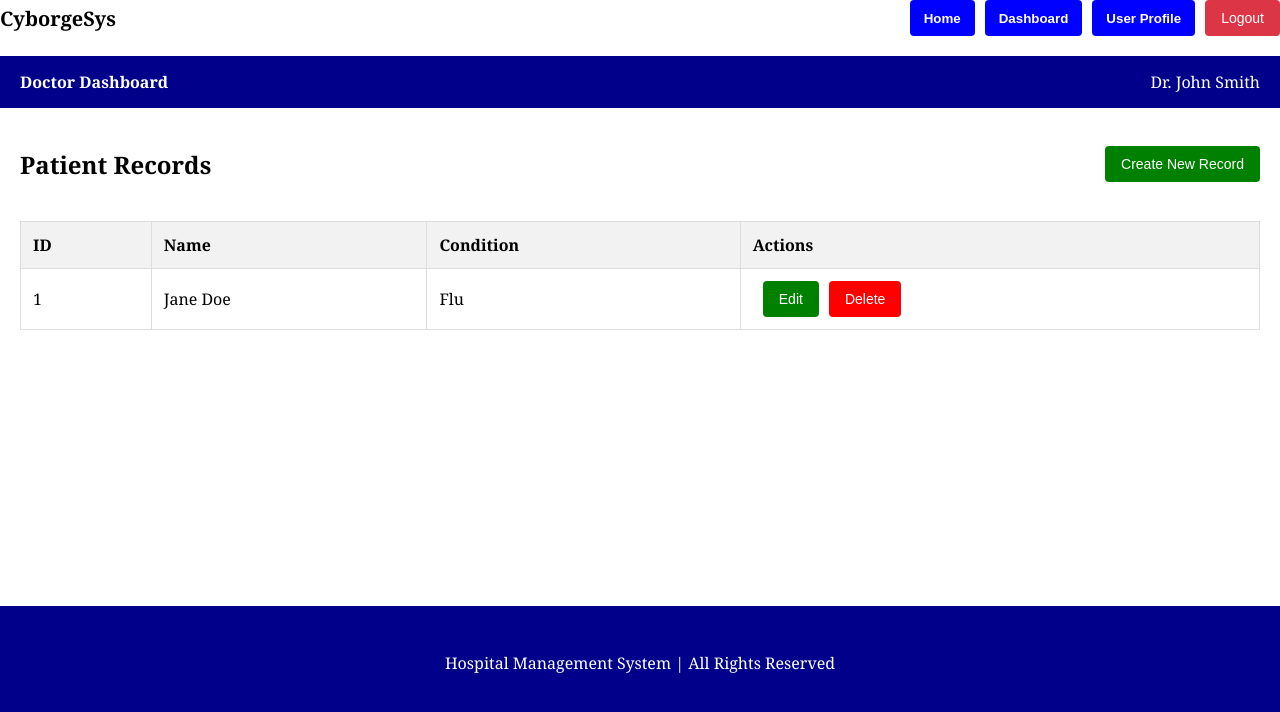
Repository: BinuriJ/HospitalSystem
Page: http://localhost/CyborgSys/DoctorDashboard.jsp
These files come from the project's save history. The page is drawn as it stood at one moment and after the next save; the edit follows.
The browser window is 1280 px wide. The pictures show the whole page.
The page is served by Tomcat 9.

Above is the page before, as saved 2025-05-09 17:53:01.

### CyborgSys/WebContent/DoctorDashboard.jsp
<%@ page language="java" contentType="text/html; charset=UTF-8" pageEncoding="UTF-8"%>
<%@ include file="DocterDashboardstyles.jsp" %>
<!DOCTYPE html>
<html>
<head>
    <meta charset="UTF-8">
    <title>Doctor Dashboard</title>
    <style>
    	<jsp:include page="footerCss.jsp" />
    </style>
</head>
<body>

<jsp:include page="header.jsp" />

<div class="top-bar">
    <div><strong>Doctor Dashboard</strong></div>
    <div>
        <span>Dr. John Smith</span>
    </div>
</div>



<div class="container">
    <div class="header">
        <h2>Patient Records</h2>
        <button class="btn btn-create">Create New Record</button>
    </div>

    <table>
        <thead>
            <tr>
                <th>ID</th>
                <th>Name</th>
                <th>Condition</th>
                <th>Actions</th>
            </tr>
        </thead>
        <tbody>
            <tr>
                <td>1</td>
                <td>Jane Doe</td>
                <td>Flu</td>
                <td>
                    <div class="actions">
                    	<br>
                        <button class="btn btn-edit">Edit</button>
                        <button class="btn btn-delete">Delete</button>
                    </div>
                </td>
            </tr>
        </tbody>
    </table>
</div>

 <!-- Include the footer -->
        <jsp:include page="footer.jsp" />

</body>
</html>

### CyborgSys/WebContent/DocterDashboardstyles.jsp
<style>
body {
    font-family: Cambria, sans-serif;
    margin: 0;
    background-color: white;
}

.top-bar {
    background-color: darkblue;
    color: white;
    padding: 15px 20px;
    display: flex;
    justify-content: space-between;
    align-items: center;
}

.container {
    padding: 20px;
}

.header {
    display: flex;
    justify-content: space-between;
    align-items: center;
    margin-bottom: 20px;
}

.btn {
    padding: 10px 16px;
    border: none;
    border-radius: 4px;
    cursor: pointer;
    font-size: 14px;
}

.btn-create {
    background-color: green;
    color: white;
}

.btn-edit {
    background-color: green;
    color: white;
}

.btn-delete {
    background-color: red;
    color: white;
}


table {
    width: 100%;
    border-collapse: collapse;
    background-color: white;
}

th, td {
    border: 1px solid #ddd;
    padding: 12px;
    text-align: left;
}

th {
    background-color: #f2f2f2;
}

.actions {
    display: flex;
    gap: 10px;
}
</style>

### CyborgSys/WebContent/footerCss.jsp
<style>

html, body {
    height: 100%; /* Make the html and body take full height of the viewport */
}

body {
    display: flex;
    flex-direction: column; /* Use flexbox to arrange content vertically */
    min-height: 100vh; /* Make body take the full height of the viewport */
}

.container {
    flex: 1; /* Let the main content expand to fill the available space */
}

footer {
    background-color: darkblue; /* Dark background for the footer */
    color: white; /* White text */
    padding: 10px 0; /* Padding for the footer */
    text-align: center; /* Center the footer text */
}

</style>

### CyborgSys/WebContent/header.jsp
<%@ page language="java" contentType="text/html; charset=UTF-8" pageEncoding="UTF-8"%>
<%@ include file="HeaderCss.jsp" %>
<!DOCTYPE html>
<html>
<head>
  <meta charset="UTF-8">
  <title>Common Header</title>
</head>
<body>

<div class="header">
  <div class="logo">CyborgeSys</div>
  <div class="nav-buttons">
    <button class="header-btn">Home</button>
    <button class="header-btn">Dashboard</button>
    <button class="header-btn">User Profile</button>
    <button class="btn btn-logout">Logout</button>
  </div>
</div>

</body>
</html>

### CyborgSys/WebContent/HeaderCss.jsp
<style>
body {
  margin: 0;
  font-family: Cambria, sans-serif;
}

.nav-header {
  background-color: darkgrey;
  padding: 15px 20px;
  display: flex;
  justify-content: space-between;
  align-items: center;
  color: white;
}

.logo {
  font-size: 20px;
  font-weight: bold;
}

.nav-buttons {
  display: flex;
  gap: 10px;
}

.header-btn {
  background-color: blue;
  color: white;
  border: none;
  padding: 8px 14px;
  border-radius: 4px;
  cursor: pointer;
  font-weight: bold;
}

.btn:hover {
  background-color: darkblue;
}

.btn-logout {
  background-color: #dc3545;
  color: white;
}

.btn-logout:hover {
  background-color: #c82333;
}
</style>

### CyborgSys/WebContent/footer.jsp
<!-- footer.jsp -->
<footer class="bg-dark text-light py-3">
    <div class="container text-center">
        <p>Hospital Management System | All Rights Reserved</p>
    </div>
</footer>

After the next save:
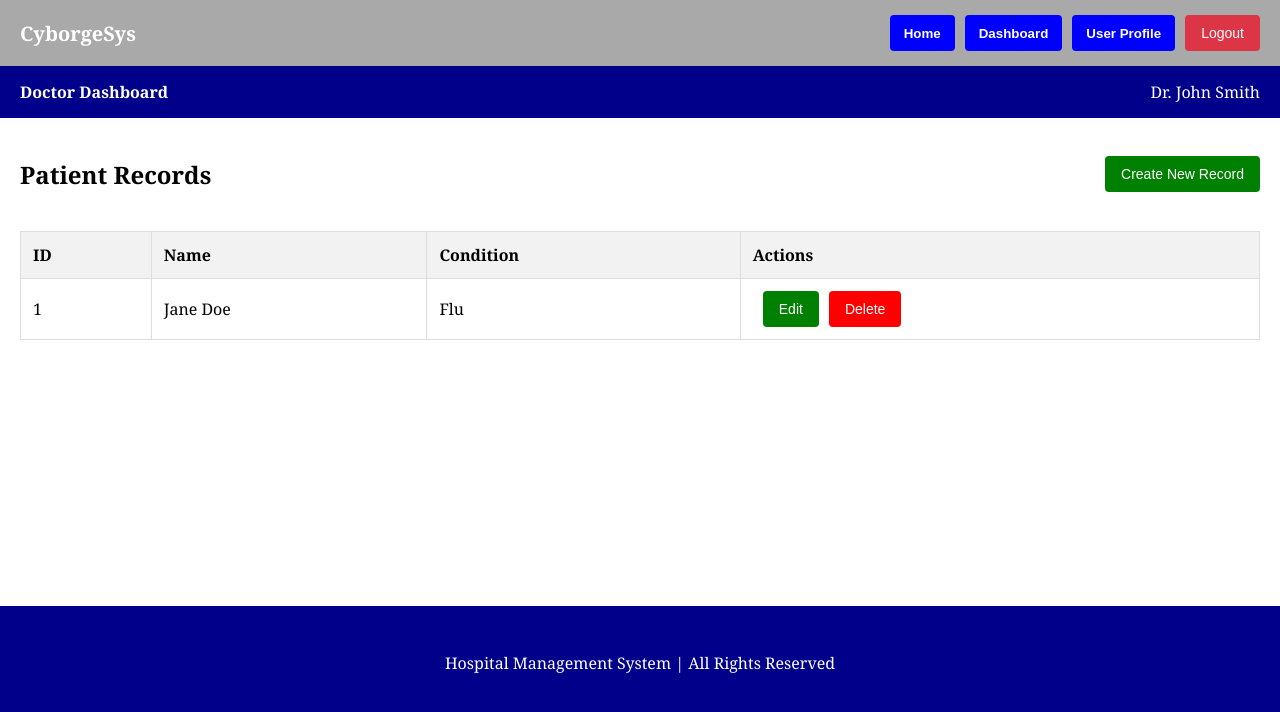
Saved 5 s later.
--- a/CyborgSys/WebContent/header.jsp
+++ b/CyborgSys/WebContent/header.jsp
@@ -8,7 +8,7 @@
 </head>
 <body>
 
-<div class="header">
+<div class="nav-header">
   <div class="logo">CyborgeSys</div>
   <div class="nav-buttons">
     <button class="header-btn">Home</button>
